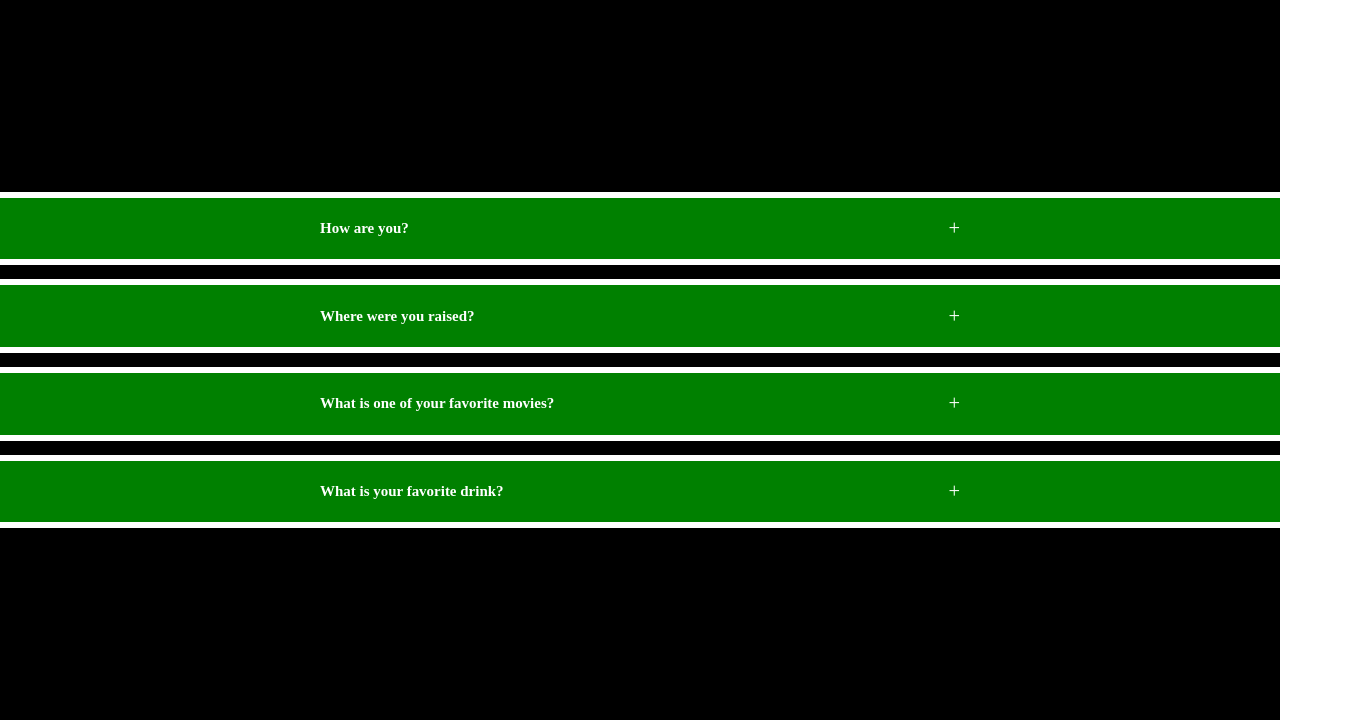
Repository: kosenijr/react-projects
Page: / (app in accordion/)
These files come from the project's save history. The page is drawn as it stood at one moment and after the next save; the edit follows.
The browser window is 1280 px wide. The page is 1286 px wide, then 1350 px, so the pictures cover 1350 px, including what lies to the right of the window. The pictures show the whole page.
The project was rebuilt for these pictures with package versions that can differ from the ones it lists, and the page was loaded fresh each time.

Above is the page before, as saved 2024-03-02 23:38:33.

After the next save:
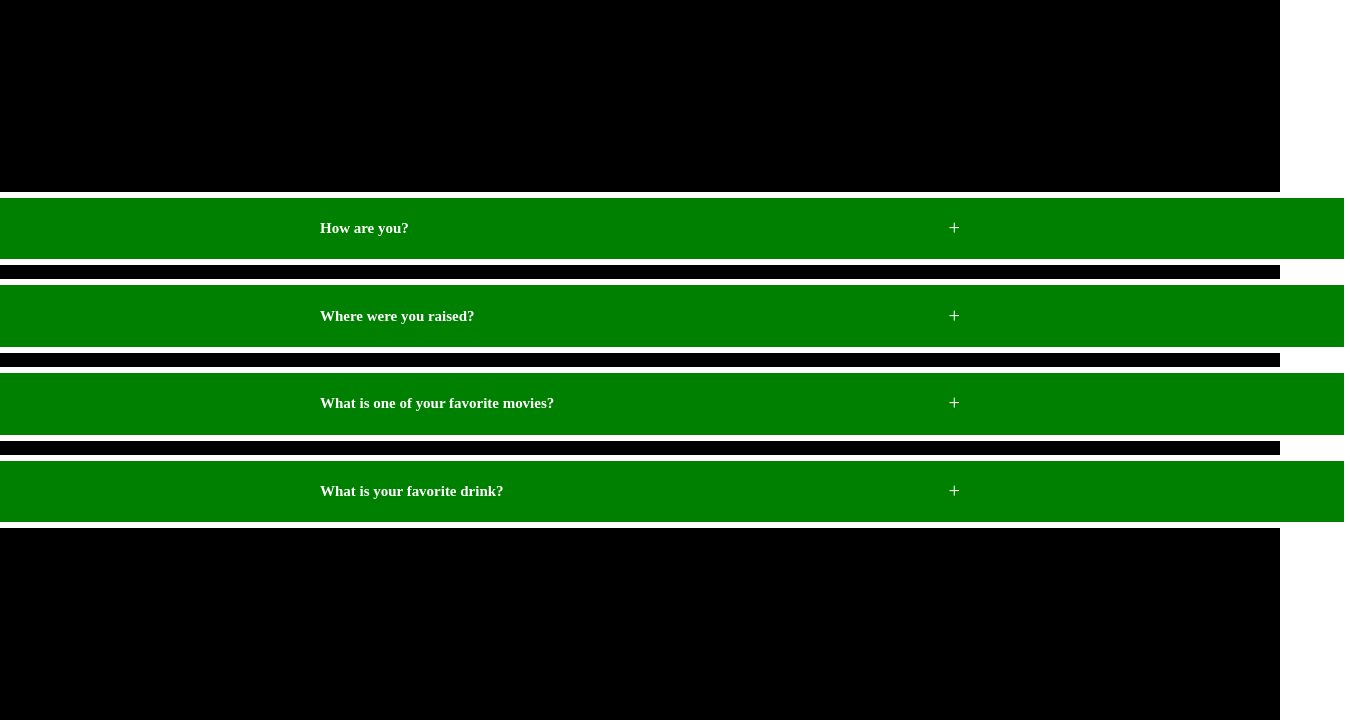
Saved 6 s later.
--- a/accordion/src/styles/SingleSelection.css
+++ b/accordion/src/styles/SingleSelection.css
@@ -14,7 +14,7 @@
   font-size: 0.8em;
   font-family: "Raleway", "Times New Roman";
   margin: 2vh 0;
-  padding: 1vh 25vw;
+  padding: 1vh 30vw;
   width: 50vw;
   border: 0.5em solid white;
   cursor: pointer;
